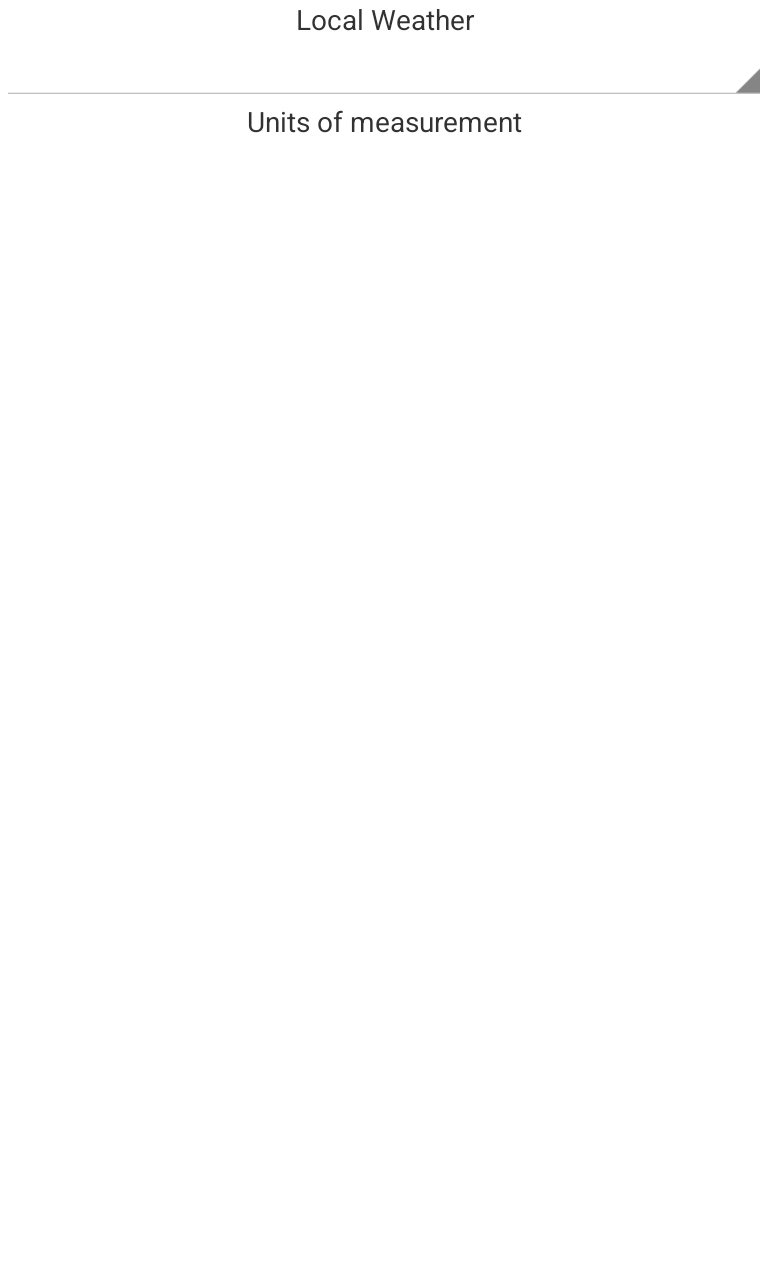
Repository: efreestone/Java1
Layout: Java1Project4/res/layout/activity_main.xml
These files come from the project's save history. The layout is drawn as it stood at one moment and after the next save; the edit follows.
It is drawn on a 768 x 1280 px phone screen (xhdpi) without system bars, with theme AppTheme; the app's code is not run.

Above is the layout before, as saved 2014-03-25 20:15:12.

### Java1Project4/res/layout/activity_main.xml
<?xml version="1.0" encoding="utf-8"?>
<LinearLayout xmlns:android="http://schemas.android.com/apk/res/android"
    android:layout_width="match_parent"
    android:layout_height="match_parent"
    android:orientation="vertical" >

    <!-- Top Linear Layout with controls -->
    <!-- <LinearLayout
        android:layout_width="match_parent"
        android:layout_height="wrap_content"
        android:orientation="horizontal"> -->
        <!-- Title -->
        <TextView
            android:id="@+id/titleView"
            android:layout_width="match_parent"
            android:layout_height="wrap_content"
            android:gravity="center"
            android:text="@string/titleString"/>

        <!-- City Spinner -->
        <Spinner
            android:id="@+id/citySpinner"
            android:layout_width="match_parent"
            android:layout_height="wrap_content"/>

        <!-- Measurement Title -->
        <TextView
            android:id="@+id/measureTitleView"
            android:layout_width="match_parent"
            android:layout_height="wrap_content"
            android:gravity="center"
            android:text="@string/measureTitleString"/>

        <!-- Measurement Radio Buttons -->
        <RadioGroup
            android:id="@+id/tempUnitRadioGroup"
            android:orientation="horizontal">
            <!-- Fahrenheit -->
            <RadioButton
                android:id="@+id/fahrenheitRadio"
                android:layout_width="match_parent"
                android:layout_height="wrap_content"
                android:text="@string/fahrenheitString"/>
            <!-- Celsius -->
            <RadioButton
                android:id="@+id/celsiusRadio"
                android:layout_width="match_parent"
                android:layout_height="wrap_content"
                android:text="@string/celsiusString"/>
        </RadioGroup>

    <!-- </LinearLayout> -->

</LinearLayout>

### Java1Project4/res/values/strings.xml
<?xml version="1.0" encoding="utf-8"?>
<resources>

    <string name="app_name">Java1Project4</string>
    <string name="action_settings">Settings</string>
    <string name="hello_world">Hello world!</string>

    <!-- Title and button strings -->
    <string name="titleString">Local Weather</string>
    <string name="measureTitleString">Units of measurement</string>
    <string name="weatherButtonString">Get Weather</string>
    <string name="displayTempString">Please select a city and measurement unit</string>

    <!-- Connection Alert strings -->
    <string name="noConnectionTitle">Connection Error</string>
    <string name="noConnectionAlert">This application requires internet access. Please check your network connection and try again.</string>

    <!-- Main URL strings -->
    <string name="mainURLString">http://api.wunderground.com/api/8204b5c9bf753afb/</string>
    <string name="conditionsURLString">conditions/q/</string>
    <string name="forecastURLString">forecast/q/</string>
    <!-- City URL strings -->
    <string name="lovelandString">CO/Loveland.json</string>
    <string name="losAngelesString">CA/Los_Angeles.json</string>
    <string name="newYorkString">NY/New_York.json</string>
    <string name="chicagoString">IL/Chicago.json</string>
    <string name="orlandoString">FL/Orlando.json</string>

    <!-- Radio Button Text -->
    <string name="fahrenheitString">Fahrenheit</string>
    <string name="celsiusString">Celsius</string>

    <!-- Cities array for first spinner -->
    <string-array name="cities_array">
        <item >Loveland</item>
        <item >Los Angeles</item>
        <item >New York</item>
        <item >Chicago</item>
        <item >Orlando</item>
    </string-array>

    <!-- Array for second spinner -->
    <string-array name="current_forecast">
        <item >Current Weather</item>
        <item >3-day Forecast</item>
    </string-array>

</resources>

Loaded but not shown: Java1Project4/res/values/styles.xml (common file); Java1Project4/res/values-v11/styles.xml (common file); Java1Project4/res/values-v14/styles.xml (common file)

After the next save:
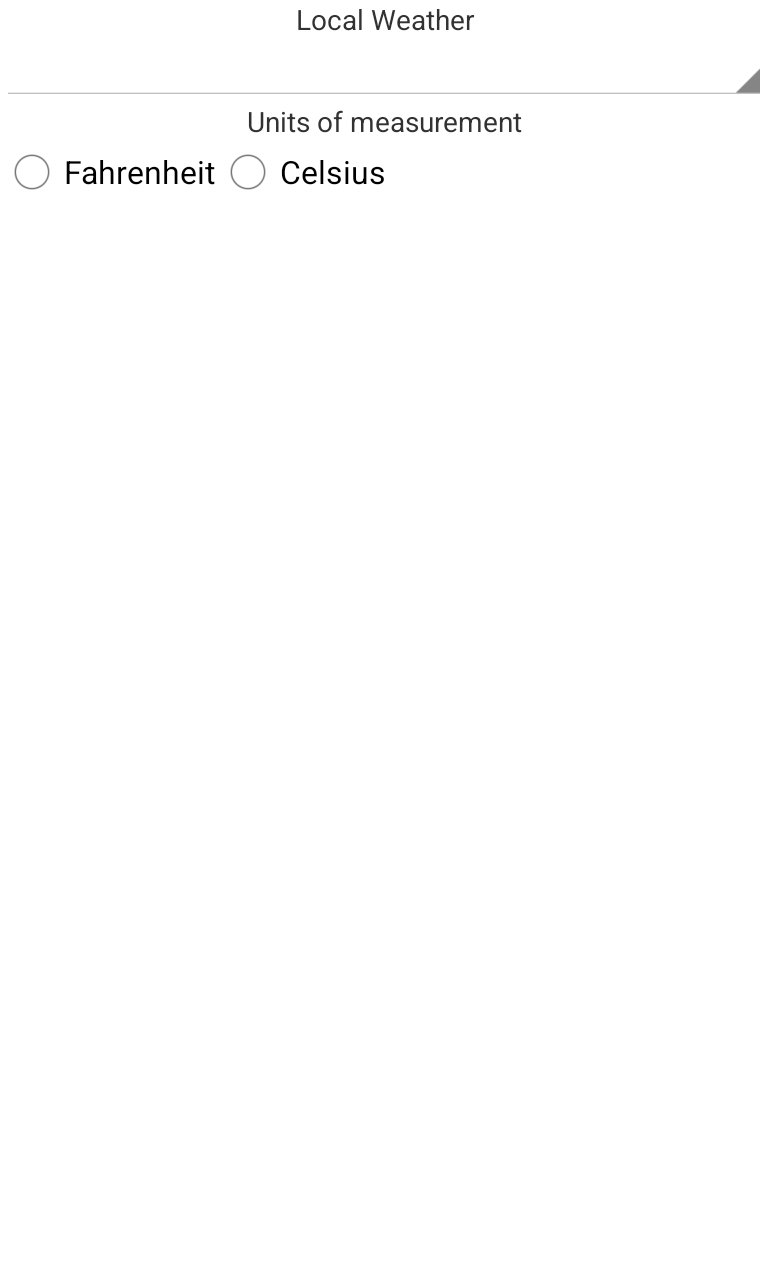
Saved 5 min 33 s later.
--- a/Java1Project4/res/layout/activity_main.xml
+++ b/Java1Project4/res/layout/activity_main.xml
@@ -34,6 +34,9 @@
         <!-- Measurement Radio Buttons -->
         <RadioGroup
             android:id="@+id/tempUnitRadioGroup"
+            android:layout_width="wrap_content"
+            android:layout_height="wrap_content"
+            android:gravity="center"
             android:orientation="horizontal">
             <!-- Fahrenheit -->
             <RadioButton
